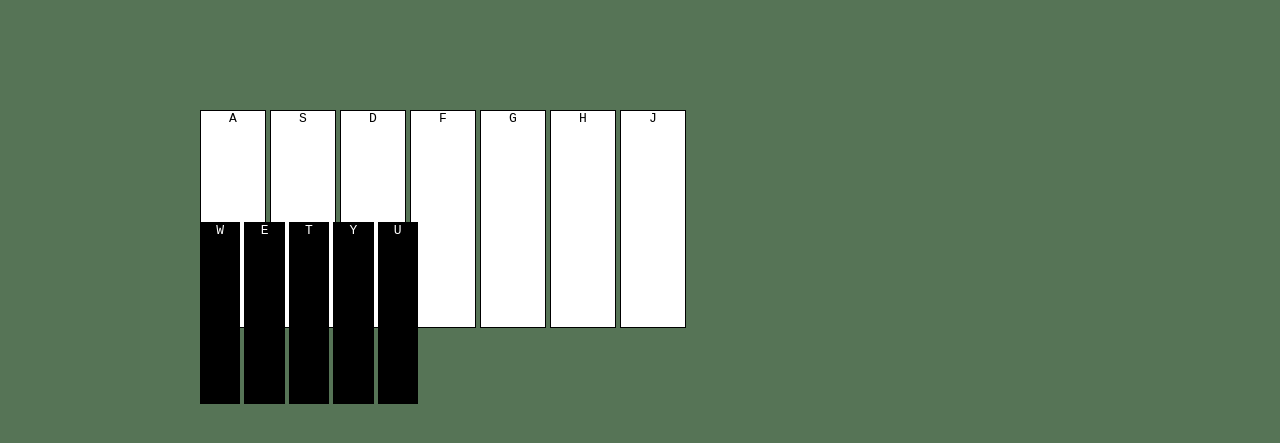
Repository: ctcoleman/Virtual-Piano
Page: index.html
These files come from the project's save history. The page is drawn as it stood at one moment and after the next save; the edit follows.
The browser window is 1280 px wide. The pictures show the whole page.

Above is the page before, as saved 2020-07-20 09:26:37.

After the next save:
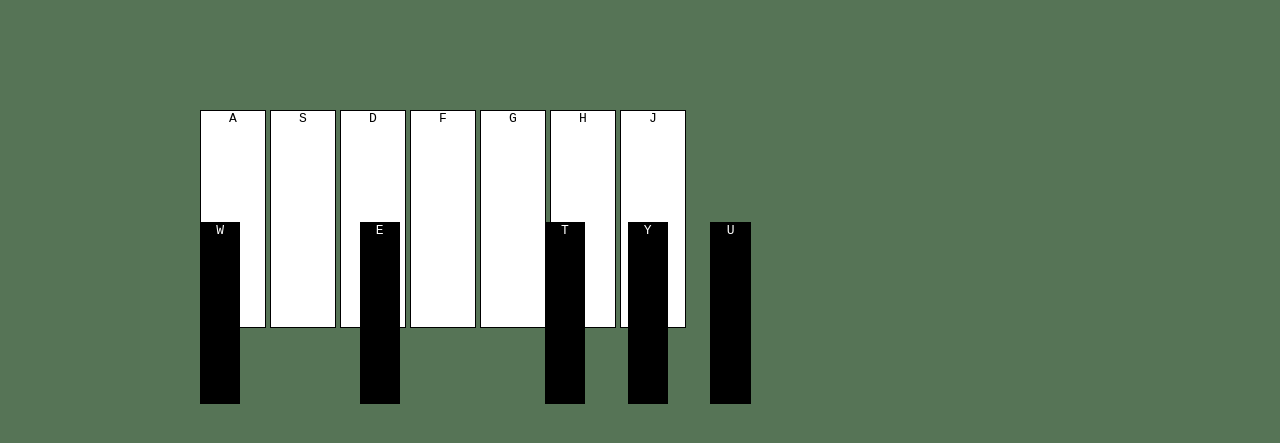
Saved 10 s later.
--- a/index.css
+++ b/index.css
@@ -51,7 +51,7 @@ html {
     color: white;
     border: 1px solid black;
 }
-/* #KeyW {
+#KeyW {
     left: 0vw;
 }
 #KeyE {
@@ -65,4 +65,4 @@ html {
 }
 #KeyU {
     left: 26vw;
-}  */
+}
